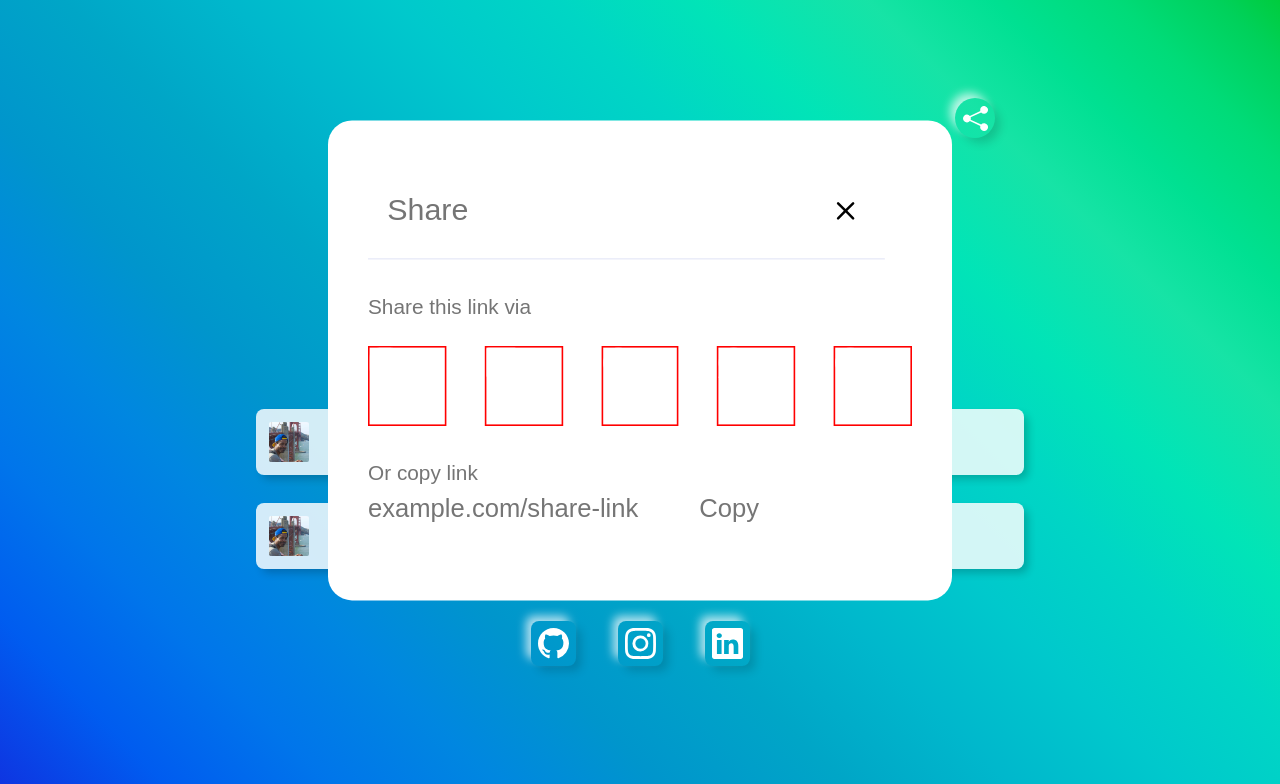
Repository: MateLaDBrouille97/linktree
Page: /
The author's editor kept a copy of each file at every save. The page is drawn from the files as they stood at one save, then again after the next save.
The browser window is 1280 px wide. The pictures show the whole page.
The project was rebuilt for these pictures with package versions that can differ from the ones it lists, and the page was loaded fresh each time. The framework's server and built-in components were replaced by stand-ins that run in the browser. Also part of the build but not shown: next.config.js, styles/Home.module.css, styles/scrollup.css.

Above is the page before, as saved 2023-01-23 23:43:46.

After the next save:
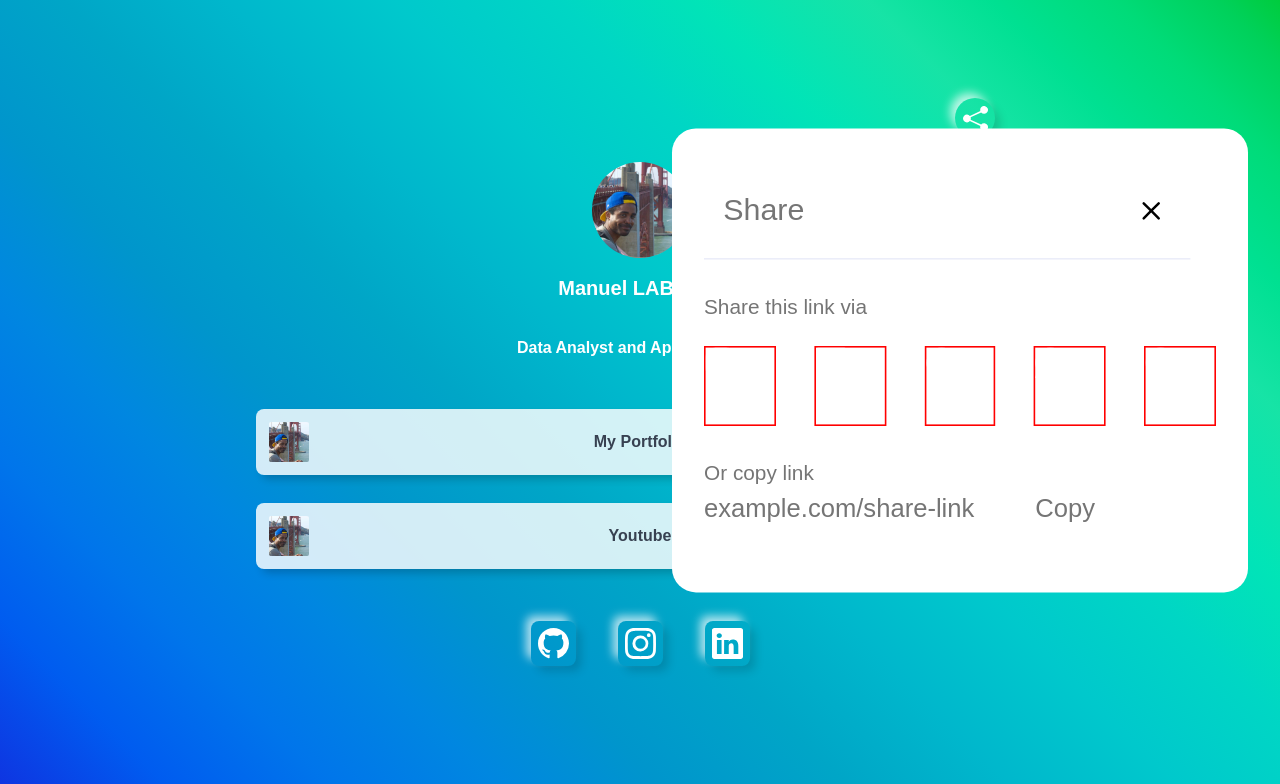
Saved 113 s later.
--- a/styles/share.css
+++ b/styles/share.css
@@ -67,13 +67,13 @@ header {
 .modal-share {
   position: absolute;
   top: 50%;
-  left: 50%;
+  left: 75%;
   transform: translate(-50%, -50%) scale(1.6);
   background: var(--container-color);
-  padding: 25px;
+  padding: 20px;
   border-radius: 15px;
-  max-width: 390px;
-  width: 80%;
+  max-width: 360px;
+  width: 70%;
 }
 
 .modal-share :is(header, .icons) {
